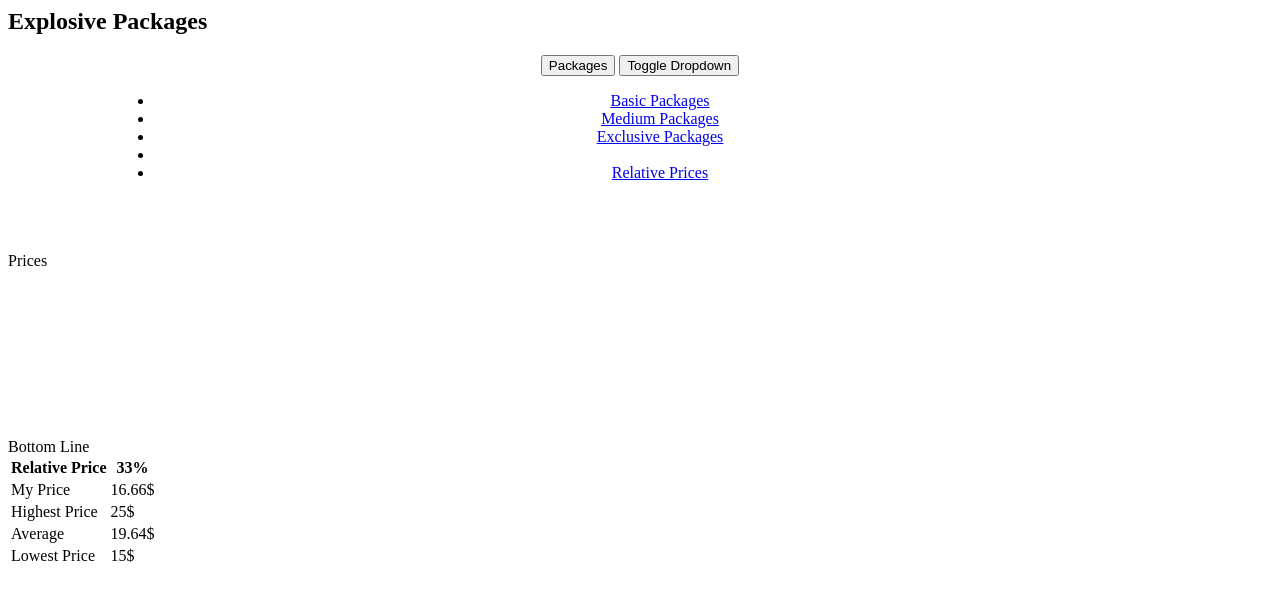
Repository: netaosman/Price-try-course
Page: prixceFrontEnd/src/main/webapp/Prixce_FrontEnd/HTML/Market/pricesPack/HighPackages.html
These files come from the project's save history. The page is drawn as it stood at one moment and after the next save; the edit follows.
The browser window is 1280 px wide. The pictures show the whole page.

Above is the page before, as saved 2017-09-23 02:50:31.

After the next save:
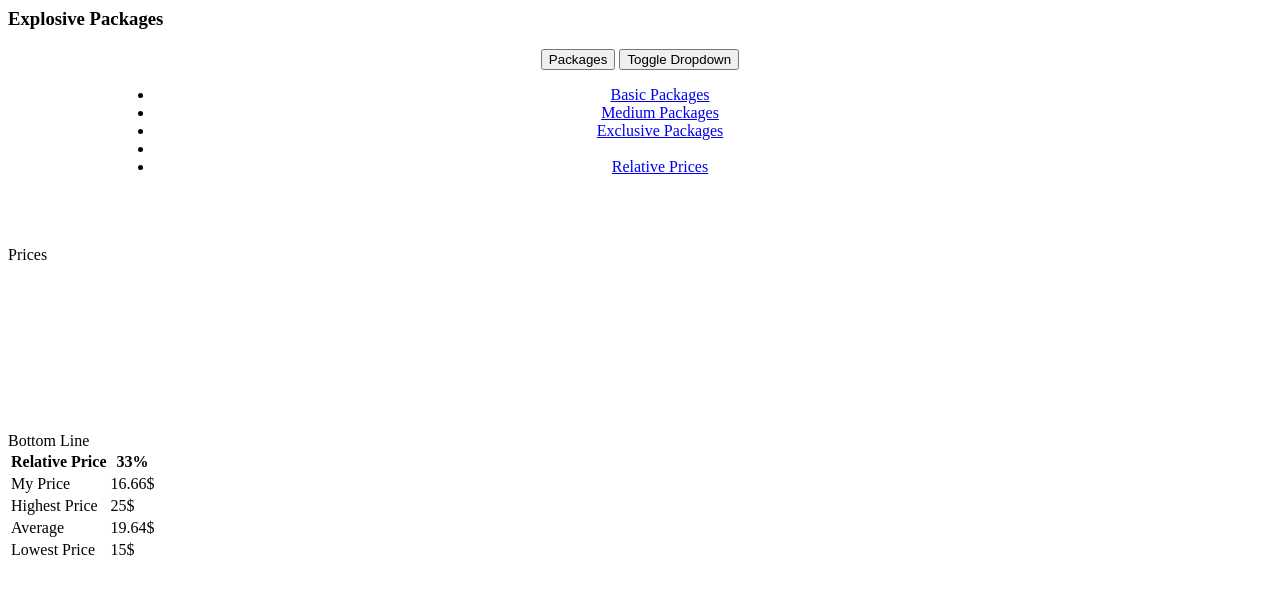
Saved 66 s later.
--- a/prixceFrontEnd/src/main/webapp/Prixce_FrontEnd/HTML/Market/pricesPack/HighPackages.html
+++ b/prixceFrontEnd/src/main/webapp/Prixce_FrontEnd/HTML/Market/pricesPack/HighPackages.html
@@ -1,4 +1,4 @@
-<h2 class="sub-header">Explosive Packages</h2>
+<h3 class="sub-header">Explosive Packages</h3>
 
 <div class="container-fluid">
 	<!-- <h1 class="page-header">Dashboard</h1>-->
